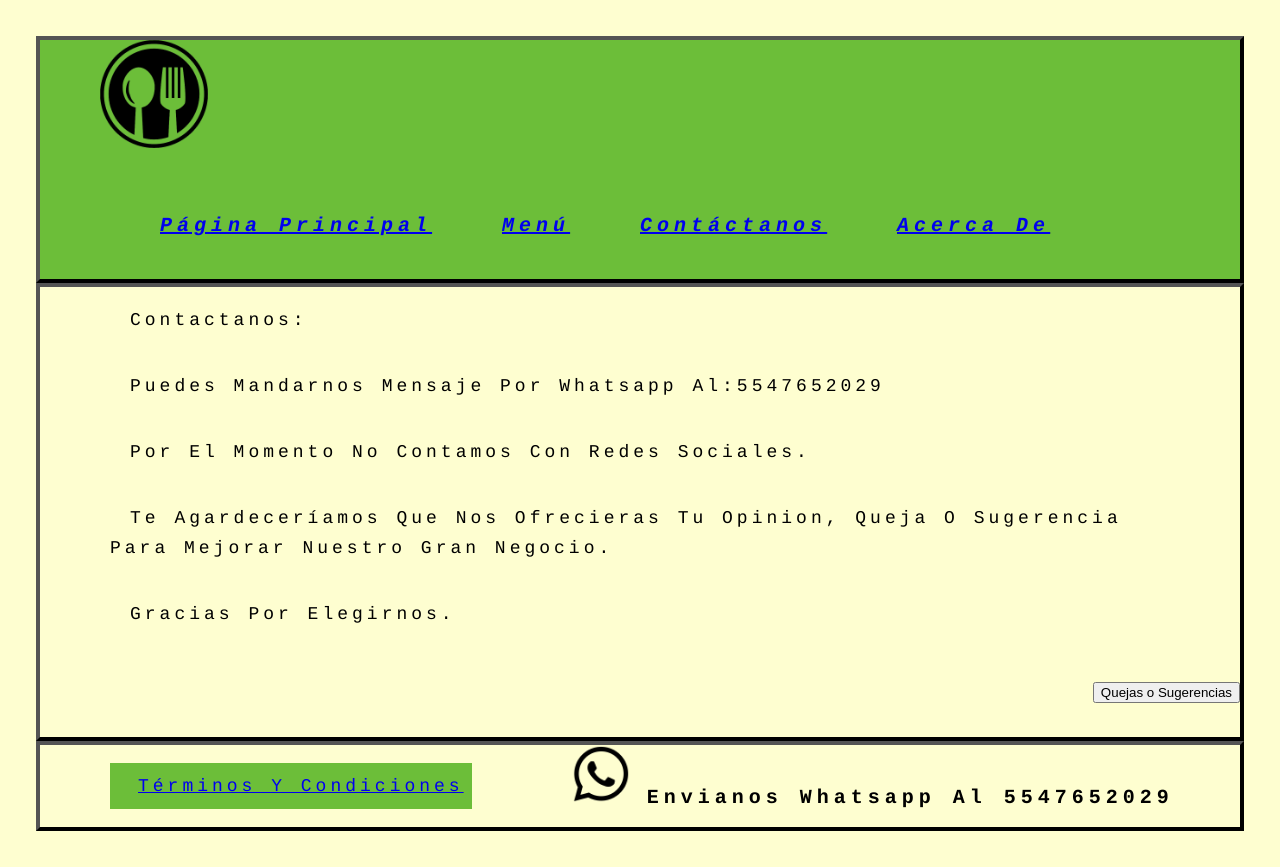
Repository: UVMCoyoacan/eq06_sitio1
Page: Carpeta docs/contactos.html
These files come from the project's save history. The page is drawn as it stood at one moment and after the next save; the edit follows.
The browser window is 1280 px wide. The pictures show the whole page.

Above is the page before, as saved 2024-04-14 19:30:40.
Console error: TypeError: Cannot read properties of null (reading 'addEventListener')

After the next save:
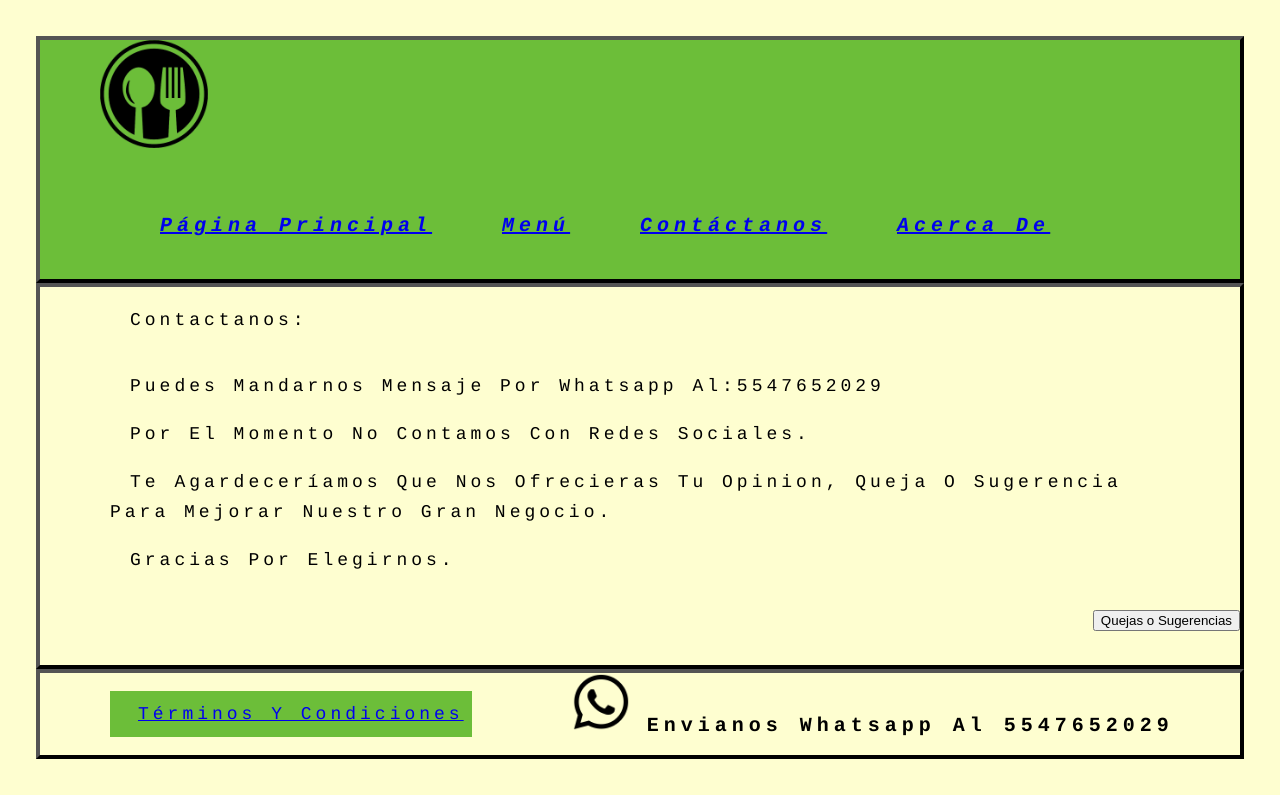
Saved 25 s later.
--- a/Carpeta docs/contactos.html
+++ b/Carpeta docs/contactos.html
@@ -24,13 +24,13 @@
             <footer >
                 <div style="display: flex; flex-wrap: wrap;">
                     <ul> Contactanos:</ul>
-                    <ul> Puedes mandarnos mensaje por whatsapp al:5547652029 </ul>
-                    <ul> Por el momento no contamos con redes sociales. </ul>
-                    <ul> Te agardeceríamos que nos ofrecieras tu opinion, queja o Sugerencia para mejorar nuestro gran negocio.</ul>
-                    <ul> Gracias por elegirnos. </ul>
 
 
                 </div>
+                <ul> Puedes mandarnos mensaje por whatsapp al:5547652029 </ul>
+                <ul> Por el momento no contamos con redes sociales. </ul>
+                <ul> Te agardeceríamos que nos ofrecieras tu opinion, queja o Sugerencia para mejorar nuestro gran negocio.</ul>
+                <ul> Gracias por elegirnos. </ul>
 
                 <p>
                     <div style="text-align: right;">
